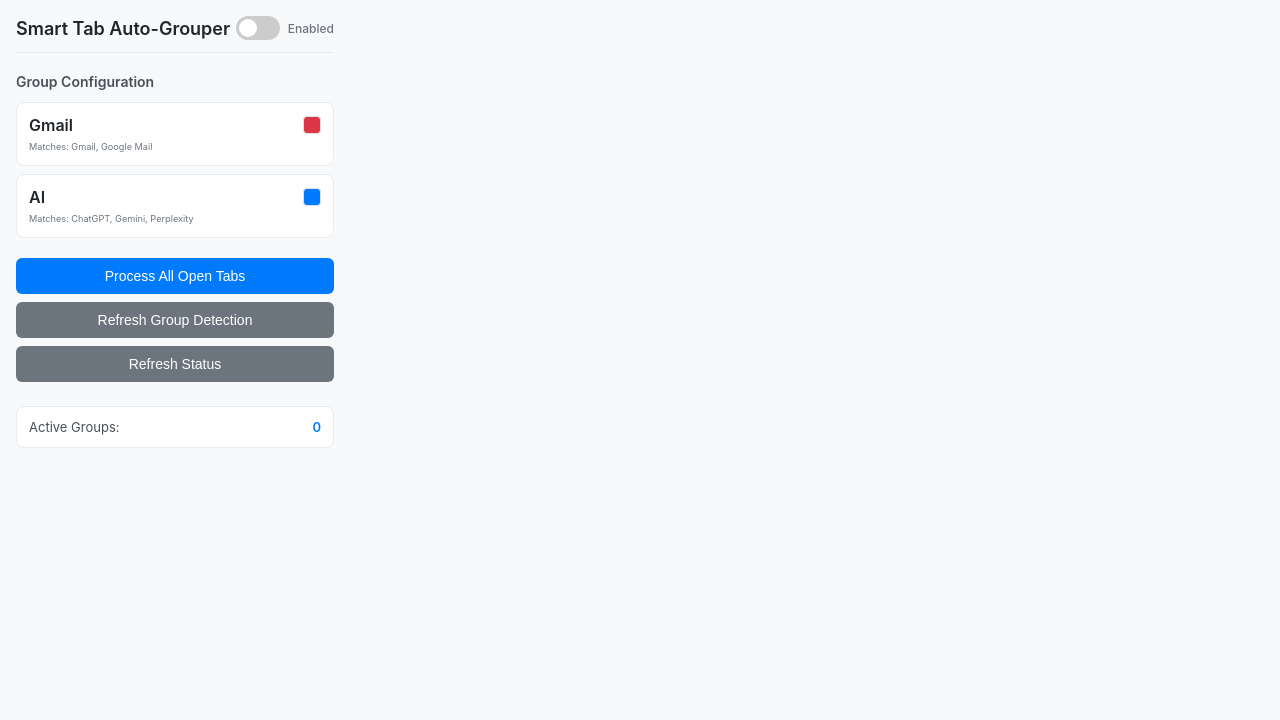
Repository: ZvonkoNS/smart-tab-grouper
Page: popup.html
An editor plug-in stored every save of this project. The page is shown before and after the next save, followed by the edit.
The browser window is 1280 px wide. The pictures show the whole page.

Above is the page before, as saved 2025-06-02 19:30:08.

After the next save:
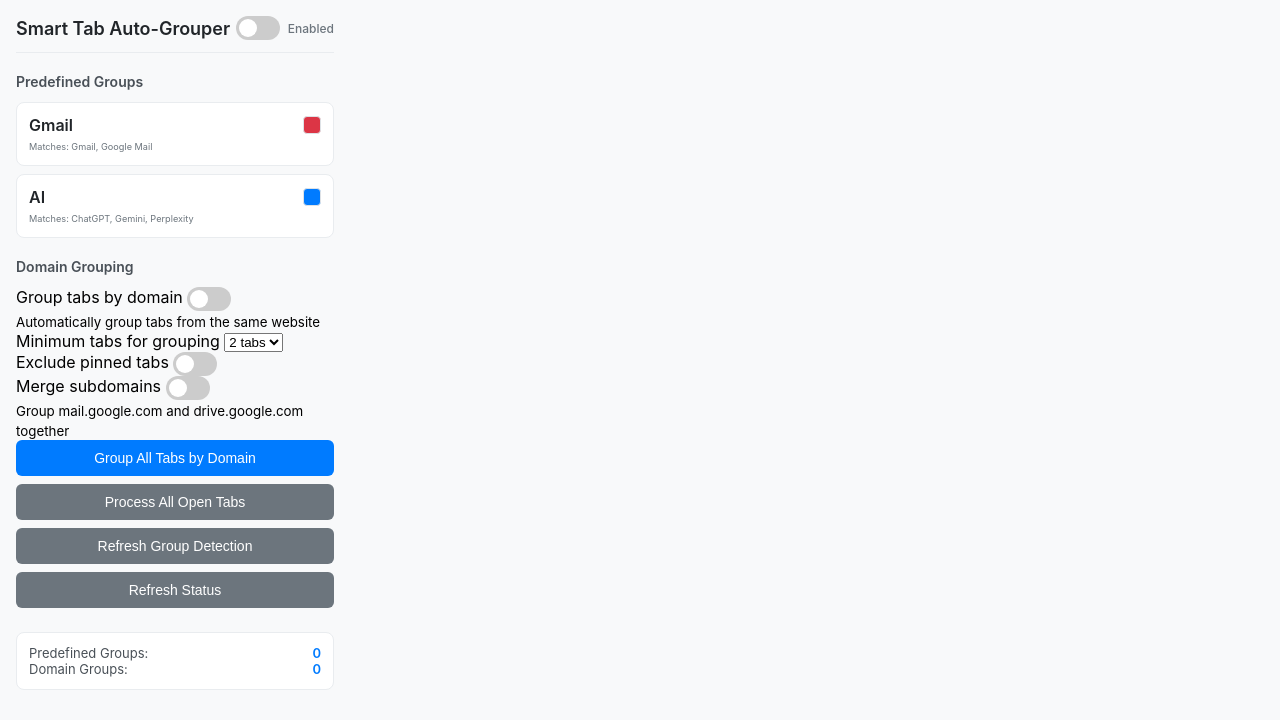
Saved 15 s later.
--- a/popup.html
+++ b/popup.html
@@ -19,7 +19,7 @@
 
     <main>
       <section class="group-config">
-        <h2>Group Configuration</h2>
+        <h2>Predefined Groups</h2>
 
         <div class="group-item">
           <div class="group-header">
@@ -42,8 +42,63 @@
         </div>
       </section>
 
+      <section class="domain-grouping">
+        <h2>Domain Grouping</h2>
+
+        <div class="setting-item">
+          <div class="setting-header">
+            <span>Group tabs by domain</span>
+            <label class="switch small">
+              <input type="checkbox" id="domainGroupingToggle">
+              <span class="slider"></span>
+            </label>
+          </div>
+          <div class="setting-description">
+            <small>Automatically group tabs from the same website</small>
+          </div>
+        </div>
+
+        <div class="setting-item">
+          <div class="setting-header">
+            <span>Minimum tabs for grouping</span>
+            <select id="minTabsSelect">
+              <option value="2">2 tabs</option>
+              <option value="3">3 tabs</option>
+              <option value="4">4 tabs</option>
+              <option value="5">5 tabs</option>
+            </select>
+          </div>
+        </div>
+
+        <div class="setting-item">
+          <div class="setting-header">
+            <span>Exclude pinned tabs</span>
+            <label class="switch small">
+              <input type="checkbox" id="excludePinnedToggle">
+              <span class="slider"></span>
+            </label>
+          </div>
+        </div>
+
+        <div class="setting-item">
+          <div class="setting-header">
+            <span>Merge subdomains</span>
+            <label class="switch small">
+              <input type="checkbox" id="mergeSubdomainsToggle">
+              <span class="slider"></span>
+            </label>
+          </div>
+          <div class="setting-description">
+            <small>Group mail.google.com and drive.google.com together</small>
+          </div>
+        </div>
+      </section>
+
       <section class="actions">
-        <button id="processAllTabs" class="btn primary">
+        <button id="groupByDomain" class="btn primary">
+          Group All Tabs by Domain
+        </button>
+        <button id="processAllTabs" class="btn secondary">
           Process All Open Tabs
         </button>
         <button id="refreshGroups" class="btn secondary">
@@ -56,8 +111,12 @@
 
       <section class="status">
         <div class="status-item">
-          <span>Active Groups:</span>
+          <span>Predefined Groups:</span>
           <span id="activeGroupsCount">0</span>
+        </div>
+        <div class="status-item">
+          <span>Domain Groups:</span>
+          <span id="activeDomainGroupsCount">0</span>
         </div>
       </section>
     </main>
